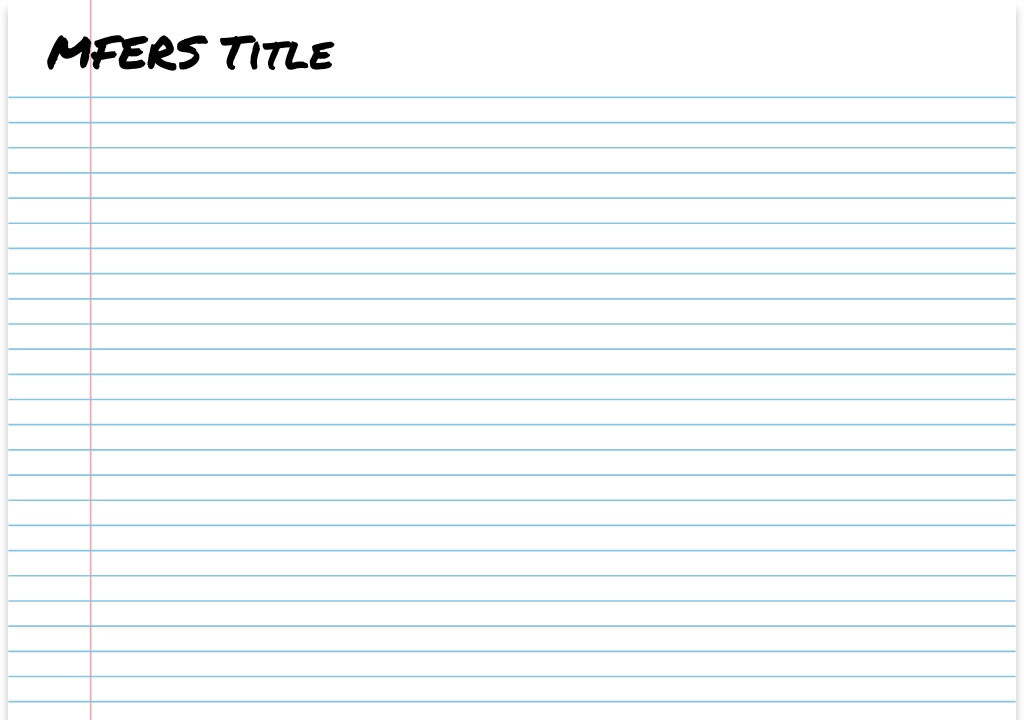
Repository: danishmahmoodawan/mfers
Page: /
These files come from the project's save history. The page is drawn as it stood at one moment and after the next save; the edit follows.
The browser window is 1024 px wide. The pictures show the whole page.
The project was rebuilt for these pictures with package versions that can differ from the ones it lists, and the page was loaded fresh each time.

Above is the page before, as saved 2022-04-05 21:32:00.

After the next save:
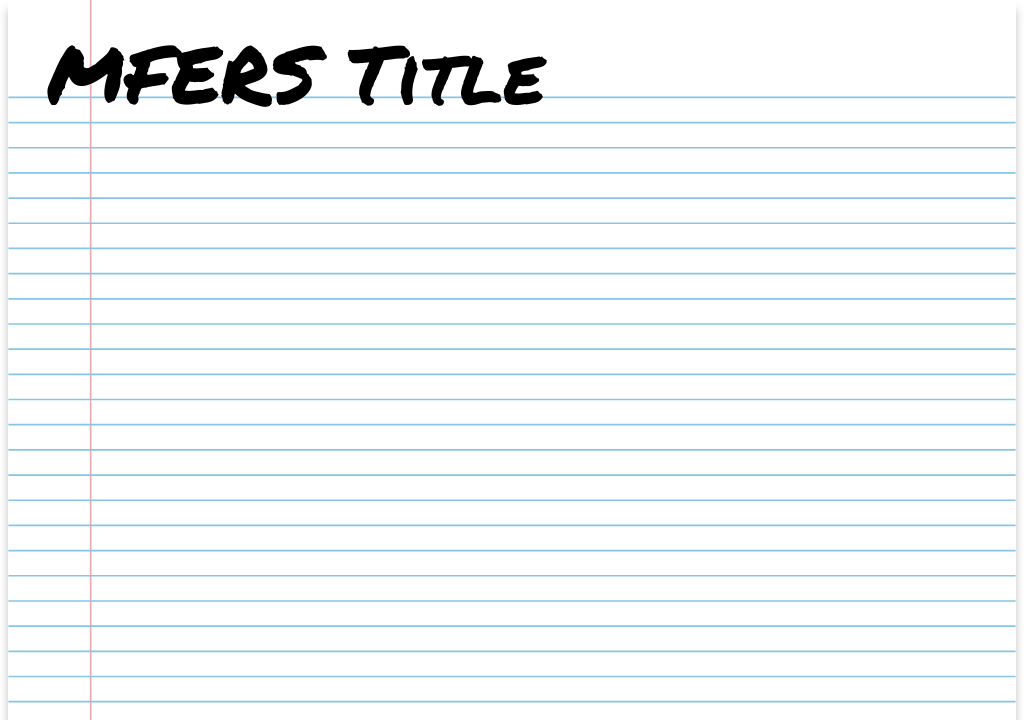
Saved 7 s later.
--- a/public/assets/css/style.css
+++ b/public/assets/css/style.css
@@ -22,22 +22,7 @@
 }
 
 @media screen and (max-width: 1200px) and (min-width: 993px) {
-.counted{
-    font-size: 28px;
-}
-.count_call{
-padding-top: 6%;
-}
 
-.set_row img{
-    width: 35px;
-}
-.set_row{
-    margin: 2% 1%;
-}
-h1{
-    font-size: 46px;
-}
 }
 @media screen and (max-width: 1499px) and (min-width: 1200px) {
 

After the 2 saves that followed:
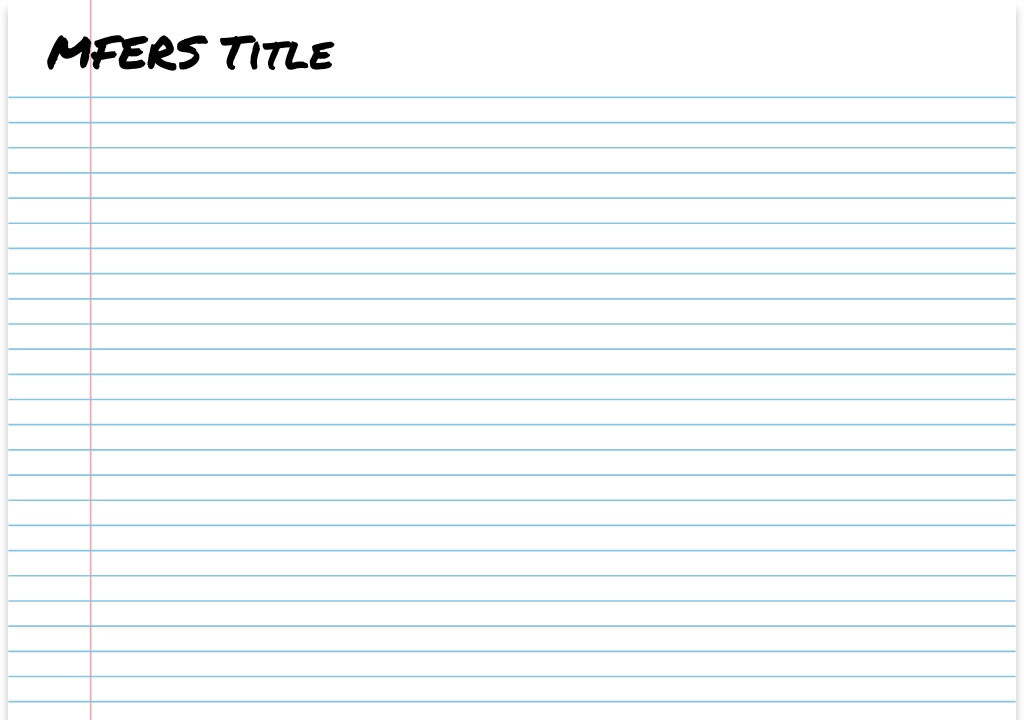
The 2 saves are shown as one change because they came seconds apart.
The last was saved 16 s later.
--- a/public/assets/css/style.css
+++ b/public/assets/css/style.css
@@ -22,7 +22,22 @@
 }
 
 @media screen and (max-width: 1200px) and (min-width: 993px) {
+.counted{
+    font-size: 28px;
+}
+.count_call{
+padding-top: 6%;
+}
 
+.set_row img{
+    width: 35px;
+}
+.set_row{
+    margin: 2% 1%;
+}
+h1{
+    font-size: 46px;
+}
 }
 @media screen and (max-width: 1499px) and (min-width: 1200px) {
 
